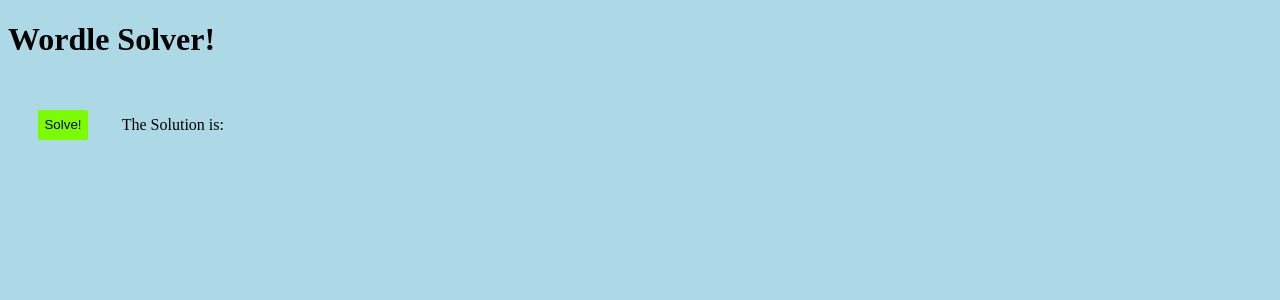
Repository: setanjan123/wordle-solver
Page: popup.html
The author's editor kept a copy of each file at every save. The page is drawn from the files as they stood at one save, then again after the next save.
The browser window is 1280 px wide. The pictures show the whole page.

Above is the page before, as saved 2022-03-05 11:43:39.

After the next save:
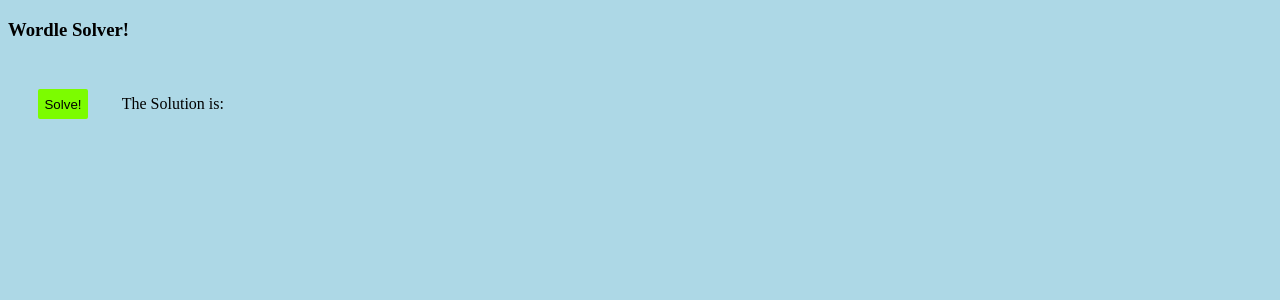
Saved 18 s later.
--- a/popup.html
+++ b/popup.html
@@ -4,7 +4,7 @@
 
 <head>
 
-<h1>Wordle Solver!</h1>
+<h3>Wordle Solver!</h3>
 
 <link rel="stylesheet" href="./button.css">
 
